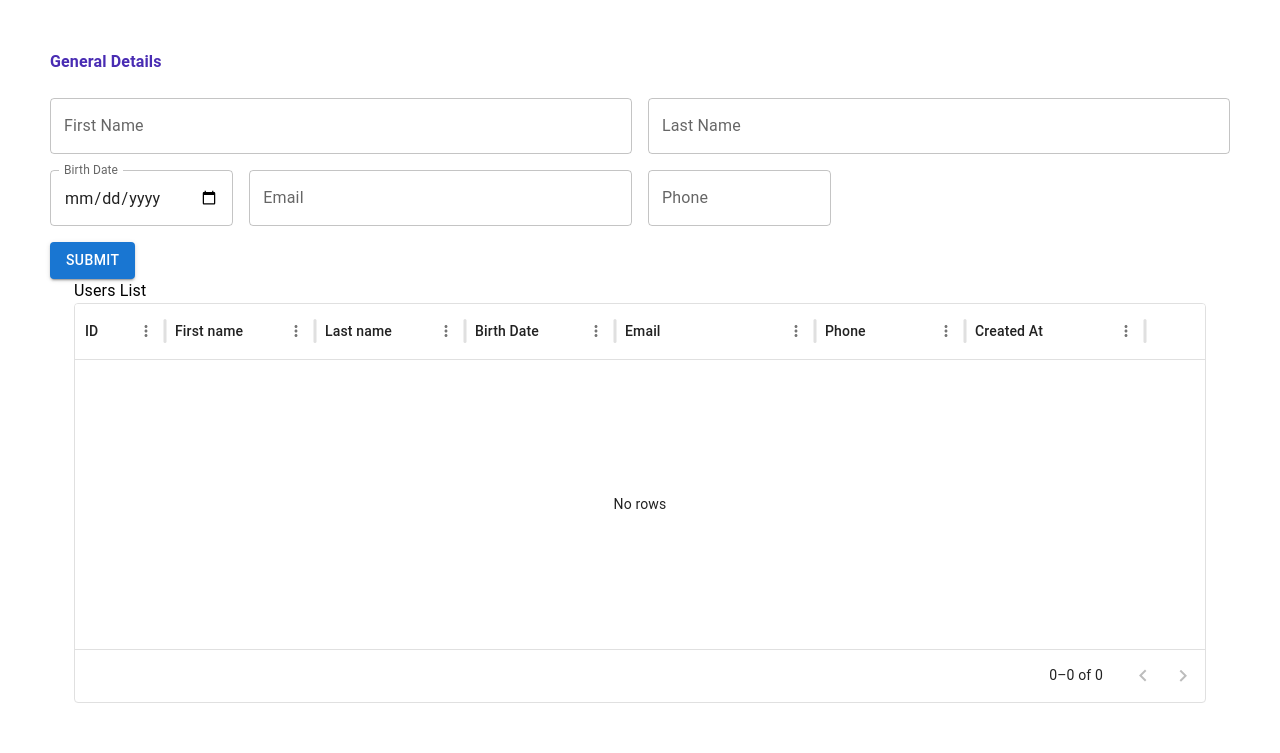
Repository: lenx0/front-client-manager
Page: /
An editor plug-in stored every save of this project. The page is shown before and after the next save, followed by the edit.
The browser window is 1280 px wide. The pictures show the whole page.
The page's requests for data from a server got no answer. The project was rebuilt for these pictures with package versions that can differ from the ones it lists, and the page was loaded fresh each time. No one was signed in, and anything a server would have sent is missing. Also part of the build but not shown: vite.config.js, src/App.css.

Above is the page before, as saved 2024-06-25 12:08:22.

After the next save:
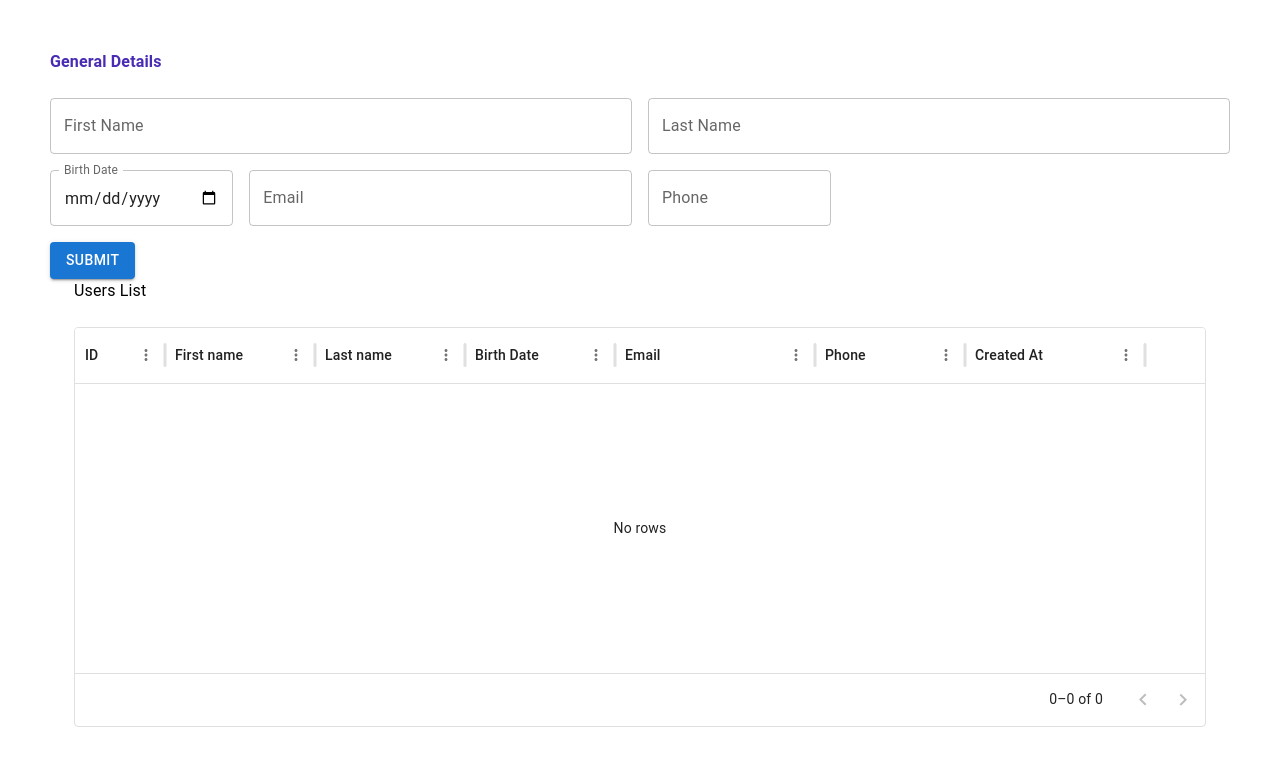
Saved 35 s later.
--- a/src/components/UserList/index.jsx
+++ b/src/components/UserList/index.jsx
@@ -39,7 +39,7 @@ const UserList = () => {
 
   return (
     <Container>
-      <Typography>Users List</Typography>
+      <Typography pb={3}>Users List</Typography>
       <Box style={{ height: 400, width: '100%' }}>
         <DataGrid
           rows={rows}
